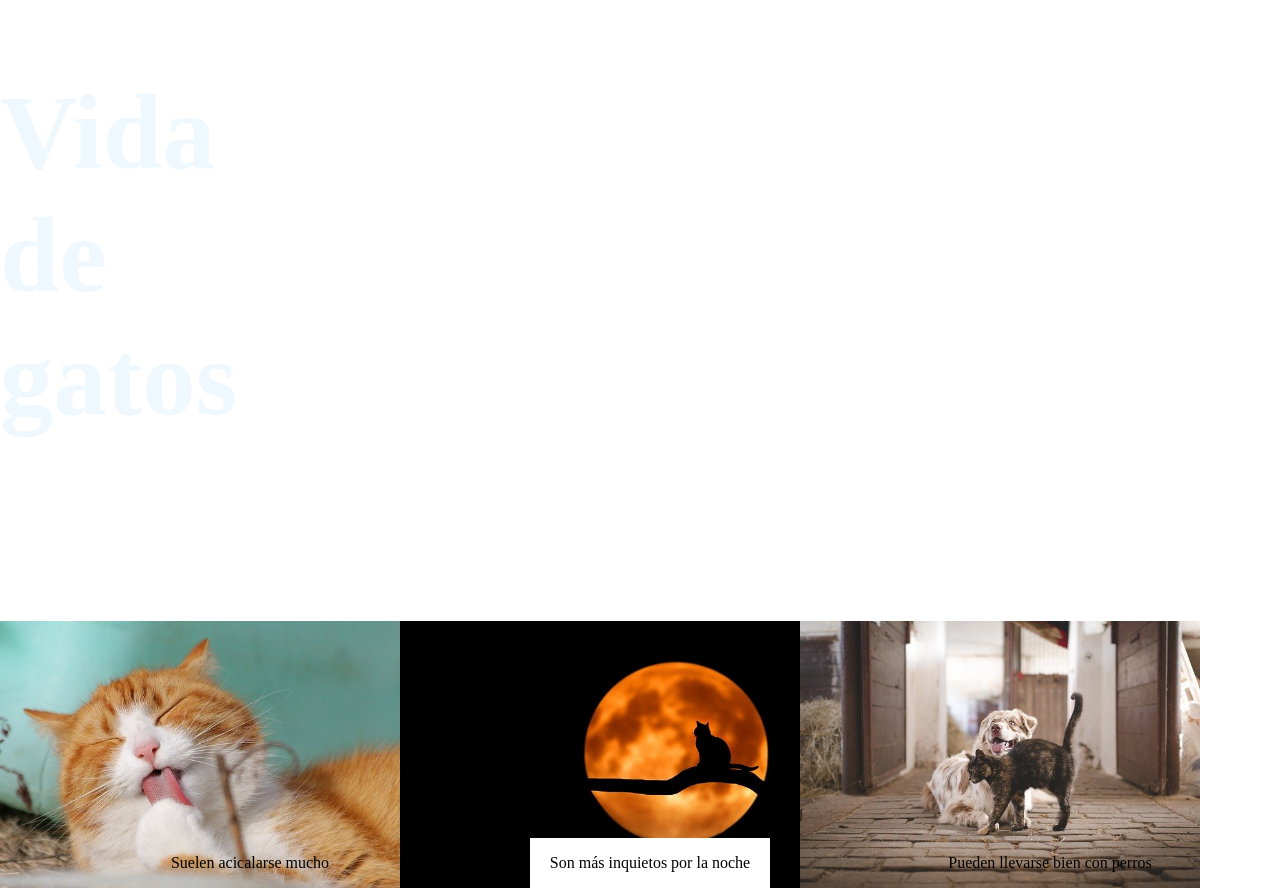
Repository: ScoggoDev/DesarrolloWeb
Page: tarea en equipo 1/tep3/vidadegatos/index.html
These files come from the project's save history. The page is drawn as it stood at one moment and after the next save; the edit follows.
The browser window is 1280 px wide. The pictures show the whole page.

Above is the page before, as saved 2021-07-14 20:54:41.

After the next save:
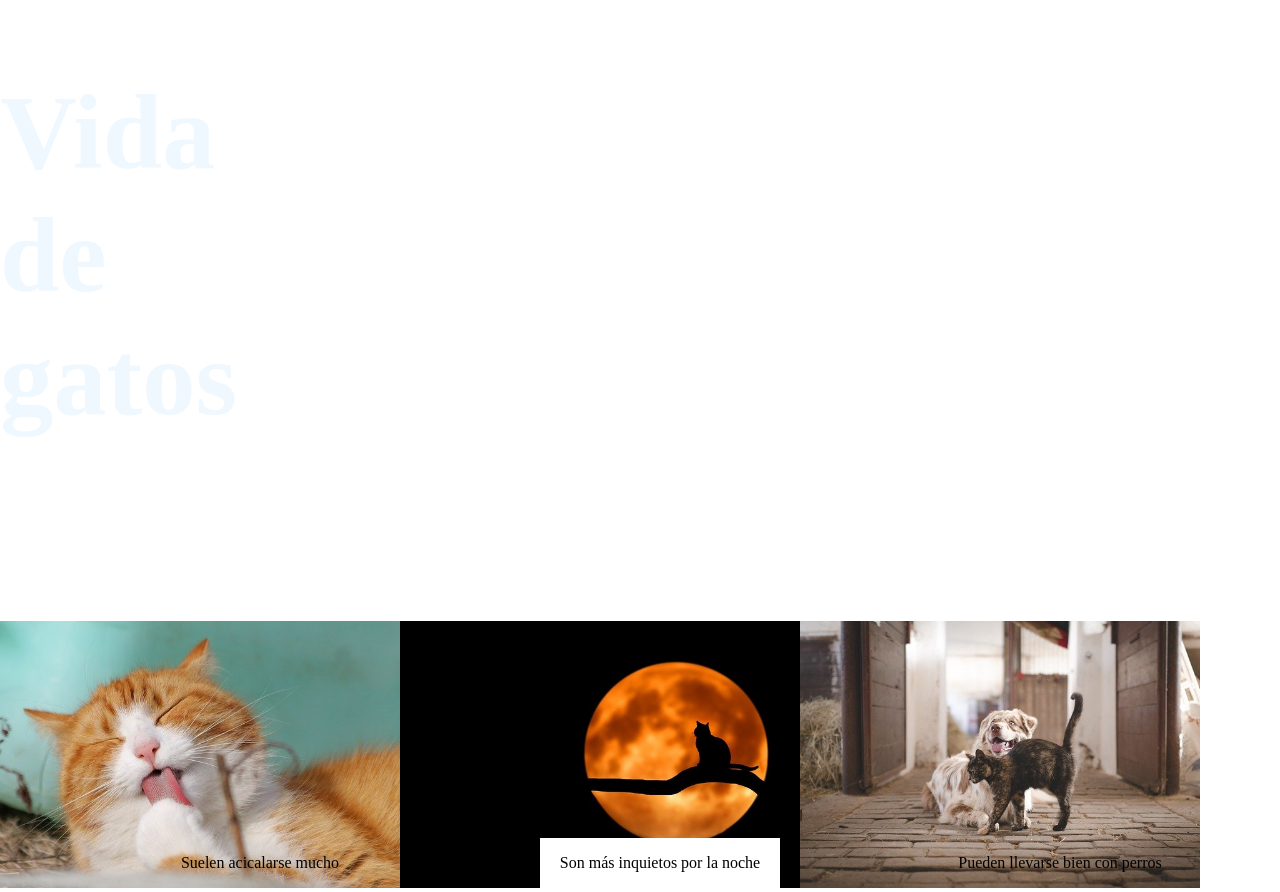
Saved 5 s later.
--- a/tarea en equipo 1/tep3/vidadegatos/css/estilos.css
+++ b/tarea en equipo 1/tep3/vidadegatos/css/estilos.css
@@ -38,7 +38,7 @@ body{
     position: absolute;
     z-index: 999;
     margin: 0 auto;
-    left: 100px;
+    left: 120px;
     right: 0;
     top: 80%; /* Adjust this value to move the positioned div up and down */
     text-align: center;
